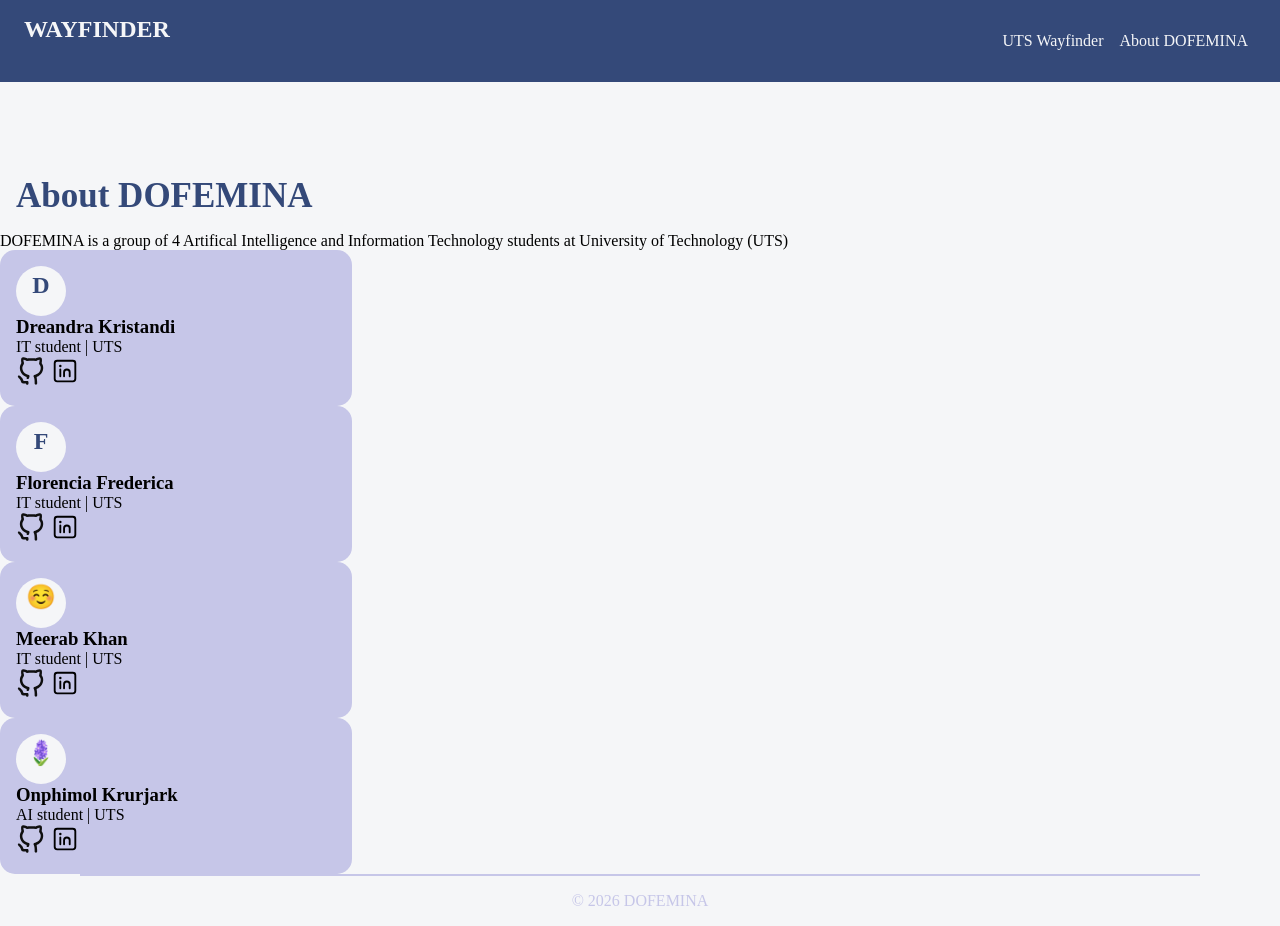
Repository: Meerab-K/uts-wayfinder
Page: html/about.html
These files come from the project's save history. The page is drawn as it stood at one moment and after a run of saves; the edit follows.
The browser window is 1280 px wide. The pictures show the whole page.
Some web fonts or font styles are not loaded; a fallback is used.

Above is the page before, as saved 2026-10-19 20:45:27.

### html/about.html
<!DOCTYPE html>
<html lang="en">
<head>
    <meta charset="UTF-8">
    <meta name="viewport" content="width=device-width, initial-scale=1.0">
    <title>About DOFEMINA - UTS Wayfinder</title>

    <link rel="stylesheet" href="../css/common.css">
    <link rel="stylesheet" href="../css/about.css">
    <link rel="stylesheet" href="../css/responsive.css">

    <!-- Google Fonts -->
    <link rel="preconnect" href="https://fonts.googleapis.com">
    <link rel="preconnect" href="https://fonts.gstatic.com" crossorigin>
    <link href="https://fonts.googleapis.com/css2?family=Maname&display=swap" rel="stylesheet">

</head>
<body>
    <header>
        <nav class="navbar">
            <h1>WAYFINDER</h1>
            <ul>
                <li><a href="index.html">UTS Wayfinder</a></li>
                <li><a href="about.html">About DOFEMINA</a></li>
            </ul>
        </nav>
    </header>

    <main>
        <h2>About DOFEMINA</h2>
        <div></div>
        <p>DOFEMINA is a group of 4 Artifical Intelligence and Information Technology students at University of Technology (UTS)</p>
        <p></p>
        <div class="card-holder">
            <div class="profile"><span>D</span></div>
            <h3 class="name">Dreandra Kristandi</h3>
            <div class="bio">IT student | UTS</div>
            <div class="contact-link">
                <a href=""><img src="../svg/github.svg" alt="github-icon"></a>
                <a href=""><img src="../svg/linkedin.svg" alt="linkedin-icon"></a>
            </div>
        </div>
        <div class="card-holder">
            <div class="profile"><span>F</span></div>
            <h3 class="name">Florencia Frederica</h3>
            <div class="bio">IT student | UTS</div>
            <div class="contact-link">
                <a href=""><img src="../svg/github.svg" alt="github-icon"></a>
                <a href=""><img src="../svg/linkedin.svg" alt="linkedin-icon"></a>
            </div>
        </div>
        <div class="card-holder">
            <div class="profile"><span>☺️</span></div>
            <h3 class="name">Meerab Khan</h3>
            <div class="bio">IT student | UTS</div>
            <div class="contact-link">
                <a href=""><img src="../svg/github.svg" alt="github-icon"></a>
                <a href=""><img src="../svg/linkedin.svg" alt="linkedin-icon"></a>
            </div>
        </div>
        <div class="card-holder">
            <div class="profile"><span>🪻</span></div>
            <h3 class="name">Onphimol Krurjark</h3>
            <div class="bio">AI student | UTS</div>
            <div class="contact-link">
                <a href=""><img src="../svg/github.svg" alt="github-icon"></a>
                <a href=""><img src="../svg/linkedin.svg" alt="linkedin-icon"></a>
            </div>
        </div>
    </main>

    <footer>
        <p>&copy; 2026 DOFEMINA </p>
    </footer>
</body>
</html>

### css/common.css
:root {
    /*Background*/
    --background-color: #f5f6f8;
    --primary-color: #344979;
    --secondary-color: #9896BB;

    /*Highlight*/
    --highlight-purple: #c6c6e8;
    --highlight-pink: #f7e5eb;

    /*Font*/
    --font: "Maname", serif;
}

* {
    margin: 0;
    padding: 0;
    font-family: var(--font);
}

body {
    background-color: var(--background-color);
    margin: 0;
}

main {
    margin-top: 2rem;
}

footer {
    text-align: center;
    margin: 0 5rem;
    padding: 1rem;
    border-top: 2px solid var(--highlight-purple);
    color: var(--highlight-purple);
}

h2 {
    color: var(--primary-color);
    padding: 1rem;
    font-size: 35px;
}

.navbar {
    background-color: var(--primary-color);
    padding: 1rem;
    margin: 0;
    position: fixed;
    top: 0;
    z-index: 100;
    width: 100%;
    display: flex;
    justify-content: space-between;
    box-sizing: border-box;
}

.navbar h1 {
    color: var(--background-color);
    padding: 0 0 0 0.5rem;
}

.navbar ul {
    list-style-type: none;
    display: flex;
    gap: 1rem;
    margin: 1rem;
}

.navbar a {
    text-decoration: none;
    color: var(--background-color);
}

.navbar a:hover {
    color: var(--highlight-purple);
}

.floating-menu-btn {
    position: fixed;
    bottom: 1rem;
    right: 1rem;
    width: 50px;
    height: 50px;
    background-color: var(--primary-color);
    border-radius: 50%;
    display: flex;
    justify-content: center;
    align-items: center;
    cursor: pointer;
    z-index: 1000;
}

.floating-menu-btn span{
    background-color: var(--background-color);
    width: 30px;
    height: 3px;
}

main {
    margin-top: 10rem;
}

### css/about.css
.card-holder {
    background-color: var(--highlight-purple);
    border-radius: 15px;
    padding: 1rem;
    width: 25%;
}

.profile {
    display: flex;
    align-items: center;
    justify-content: center;

    height: 50px;
    width: 50px;
    border-radius: 50%;
    background-color: var(--background-color);

    font-size: 1.5rem;
    font-weight: bold;
    line-height: 1;
    padding: 0;
    box-sizing: border-box;
}

.profile span {
    display: block;
    transform: translate(0, -6px);
    color: var(--primary-color)
}

.name {

}

.bio {

}

.contact-link img {
    width: 30px;
    height: auto;
}

### css/responsive.css
@media (max-width: 1000px) {
    /*index.html*/
    #map_section {
        display: block;
    }

    #map_section img {
        width: 100%;
        margin: 0;
    }

    #map_section div h2 {
        text-align: center;
    }

    #map_section div table {
        width: 100%;
    }
}

@media (max-width: 800px) {
    main {
        margin-top: 10rem;
    }

    .navbar {
        text-align: center;
        display: block;
    }

    .navbar ul {
        justify-content: center;
        margin-top: 1.5rem;
        padding: 0.5rem;
        border-top: 1px solid var(--secondary-color);
    }

    /*index.html*/
    form select {
        width: 60%;
    }

    /*about.html*/
}

### svg/github.svg
<?xml version="1.0" encoding="utf-8"?><!-- Uploaded to: SVG Repo, www.svgrepo.com, Generator: SVG Repo Mixer Tools -->
<svg width="800px" height="800px" viewBox="0 0 24 24" fill="none" xmlns="http://www.w3.org/2000/svg">
<path d="M4.0744 2.9938C4.13263 1.96371 4.37869 1.51577 5.08432 1.15606C5.84357 0.768899 7.04106 0.949072 8.45014 1.66261C9.05706 1.97009 9.11886 1.97635 10.1825 1.83998C11.5963 1.65865 13.4164 1.65929 14.7213 1.84164C15.7081 1.97954 15.7729 1.97265 16.3813 1.66453C18.3814 0.651679 19.9605 0.71795 20.5323 1.8387C20.8177 2.39812 20.8707 3.84971 20.6494 5.04695C20.5267 5.71069 20.5397 5.79356 20.8353 6.22912C22.915 9.29385 21.4165 14.2616 17.8528 16.1155C17.5801 16.2574 17.3503 16.3452 17.163 16.4167C16.5879 16.6363 16.4133 16.703 16.6247 17.7138C16.7265 18.2 16.8491 19.4088 16.8973 20.4002C16.9844 22.1922 16.9831 22.2047 16.6688 22.5703C16.241 23.0676 15.6244 23.076 15.2066 22.5902C14.9341 22.2734 14.9075 22.1238 14.9075 20.9015C14.9075 19.0952 14.7095 17.8946 14.2417 16.8658C13.6854 15.6415 14.0978 15.185 15.37 14.9114C17.1383 14.531 18.5194 13.4397 19.2892 11.8146C20.0211 10.2698 20.1314 8.13501 18.8082 6.83668C18.4319 6.3895 18.4057 5.98446 18.6744 4.76309C18.7748 4.3066 18.859 3.71768 18.8615 3.45425C18.8653 3.03823 18.8274 2.97541 18.5719 2.97541C18.4102 2.97541 17.7924 3.21062 17.1992 3.49805L16.2524 3.95695C16.1663 3.99866 16.07 4.0147 15.975 4.0038C13.5675 3.72746 11.2799 3.72319 8.86062 4.00488C8.76526 4.01598 8.66853 3.99994 8.58215 3.95802L7.63585 3.49882C7.04259 3.21087 6.42482 2.97541 6.26317 2.97541C5.88941 2.97541 5.88379 3.25135 6.22447 4.89078C6.43258 5.89203 6.57262 6.11513 5.97101 6.91572C5.06925 8.11576 4.844 9.60592 5.32757 11.1716C5.93704 13.1446 7.4295 14.4775 9.52773 14.9222C10.7926 15.1903 11.1232 15.5401 10.6402 16.9905C10.26 18.1319 10.0196 18.4261 9.46707 18.4261C8.72365 18.4261 8.25796 17.7821 8.51424 17.1082C8.62712 16.8112 8.59354 16.7795 7.89711 16.5255C5.77117 15.7504 4.14514 14.0131 3.40172 11.7223C2.82711 9.95184 3.07994 7.64739 4.00175 6.25453C4.31561 5.78028 4.32047 5.74006 4.174 4.83217C4.09113 4.31822 4.04631 3.49103 4.0744 2.9938Z" fill="#0F0F0F"/>
<path d="M3.33203 15.9454C3.02568 15.4859 2.40481 15.3617 1.94528 15.6681C1.48576 15.9744 1.36158 16.5953 1.66793 17.0548C1.8941 17.3941 2.16467 17.6728 2.39444 17.9025C2.4368 17.9449 2.47796 17.9858 2.51815 18.0257C2.71062 18.2169 2.88056 18.3857 3.05124 18.5861C3.42875 19.0292 3.80536 19.626 4.0194 20.6962C4.11474 21.1729 4.45739 21.4297 4.64725 21.5419C4.85315 21.6635 5.07812 21.7352 5.26325 21.7819C5.64196 21.8774 6.10169 21.927 6.53799 21.9559C7.01695 21.9877 7.53592 21.998 7.99999 22.0008C8.00033 22.5527 8.44791 23.0001 8.99998 23.0001C9.55227 23.0001 9.99998 22.5524 9.99998 22.0001V21.0001C9.99998 20.4478 9.55227 20.0001 8.99998 20.0001C8.90571 20.0001 8.80372 20.0004 8.69569 20.0008C8.10883 20.0026 7.34388 20.0049 6.67018 19.9603C6.34531 19.9388 6.07825 19.9083 5.88241 19.871C5.58083 18.6871 5.09362 17.8994 4.57373 17.2891C4.34391 17.0194 4.10593 16.7834 3.91236 16.5914C3.87612 16.5555 3.84144 16.5211 3.80865 16.4883C3.5853 16.265 3.4392 16.1062 3.33203 15.9454Z" fill="#0F0F0F"/>
</svg>

### svg/linkedin.svg
<?xml version="1.0" encoding="utf-8"?><!-- Uploaded to: SVG Repo, www.svgrepo.com, Generator: SVG Repo Mixer Tools -->
<svg width="800px" height="800px" viewBox="0 0 192 192" xmlns="http://www.w3.org/2000/svg" fill="none"><rect width="132" height="132" x="30" y="30" stroke="#000000" stroke-width="12" rx="16"/><path stroke="#000000" stroke-linecap="round" stroke-linejoin="round" stroke-width="12" d="M66 86v44"/><circle cx="66" cy="64" r="8" fill="#000000"/><path stroke="#000000" stroke-linecap="round" stroke-width="12" d="M126 130v-26c0-9.941-8.059-18-18-18v0c-9.941 0-18 8.059-18 18v26"/></svg>

After the next 2 saves:
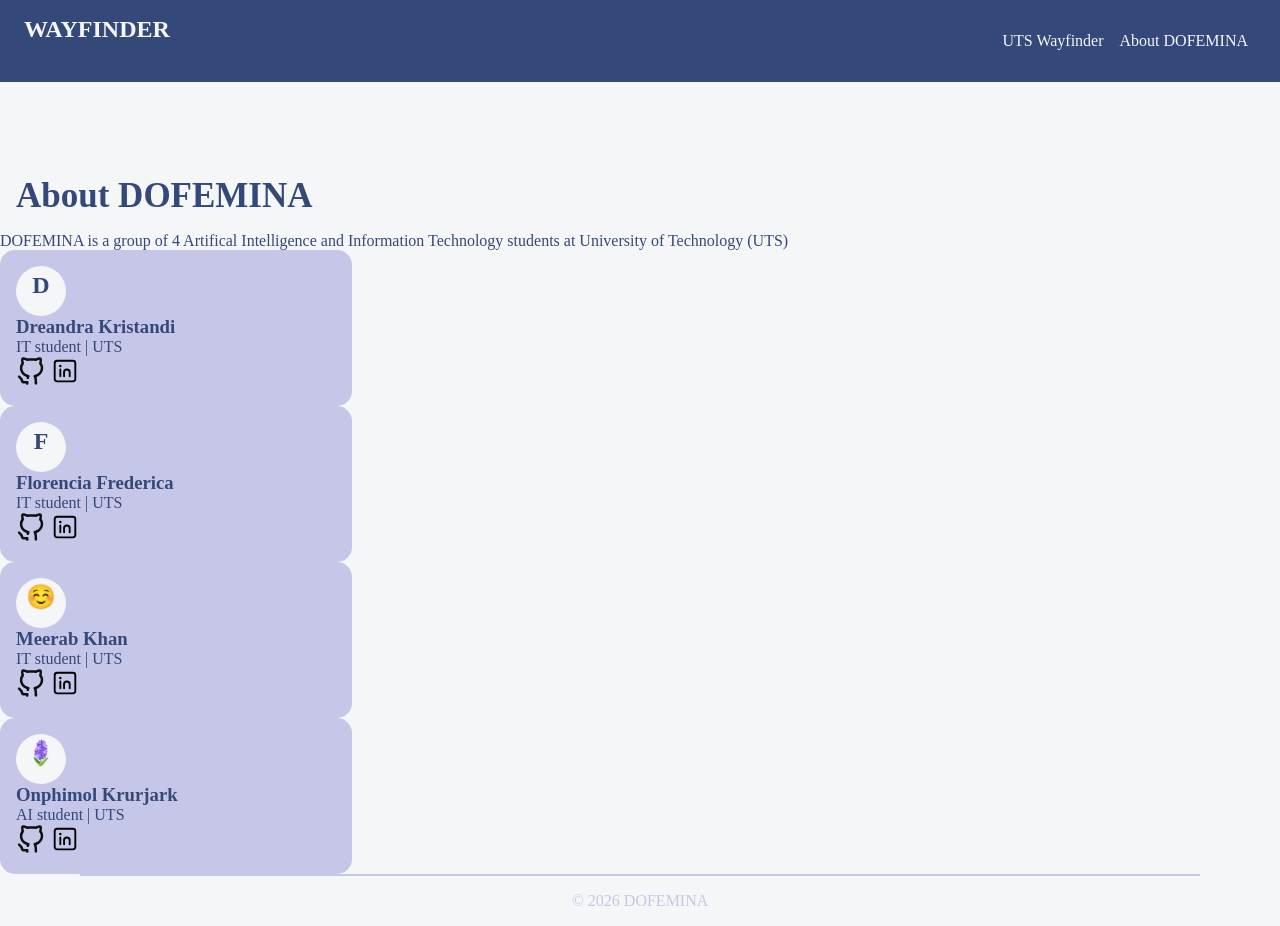
The 2 saves are shown as one change because they came seconds apart.
The last was saved 71 s later.
--- a/css/common.css
+++ b/css/common.css
@@ -20,6 +20,7 @@
 
 body {
     background-color: var(--background-color);
+    color: var(--primary-color);
     margin: 0;
 }
 
